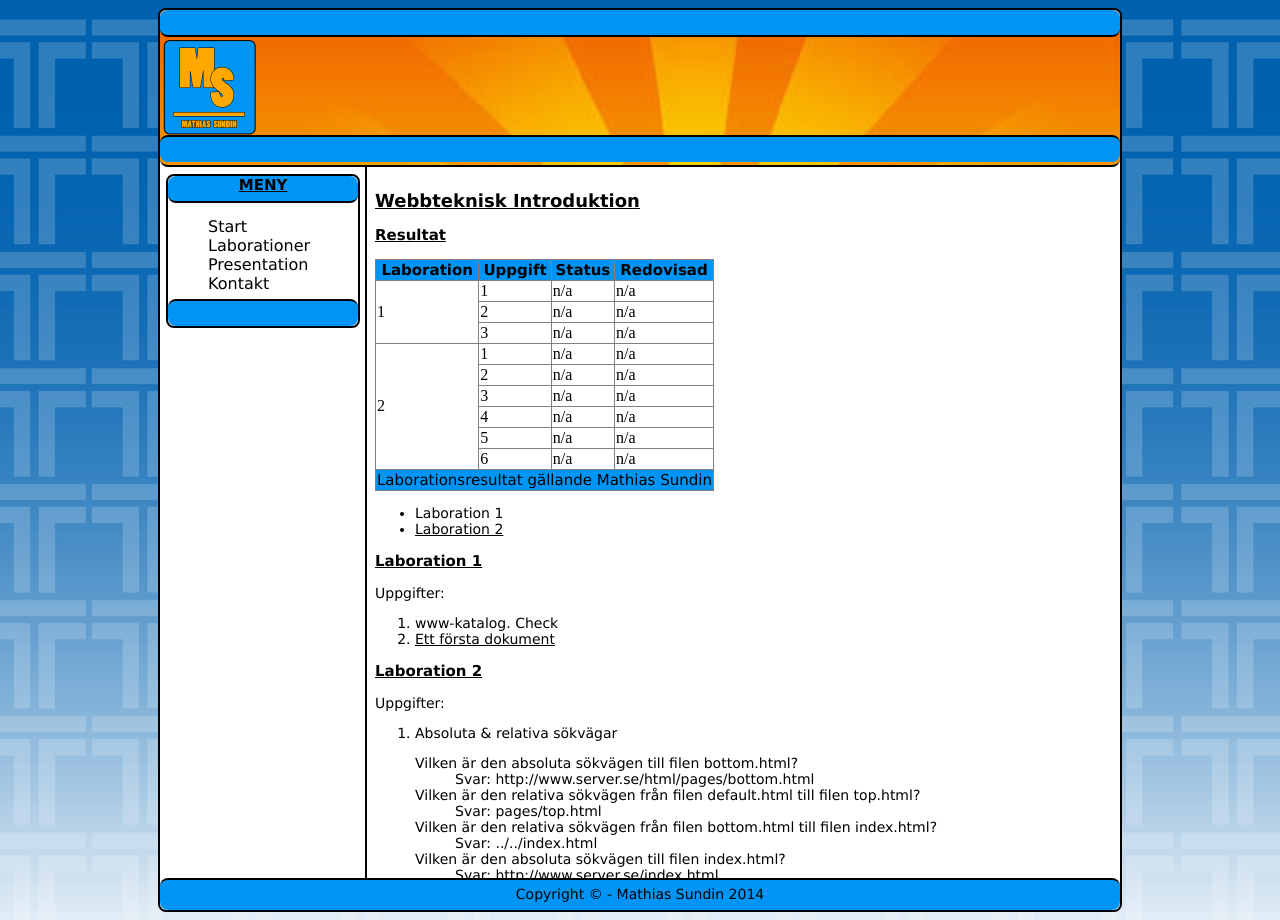
Repository: ms223uh/1ik415-laborationer
Page: www/pages/laborationer.html
The author's editor kept a record of every edit. The page is drawn from the files as they stood at one moment, then again after the next edit.
The browser window is 1280 px wide. The pictures show the whole page.
An inner scrolling area shows only its first screen.

Above is the page before.

After the next edit:
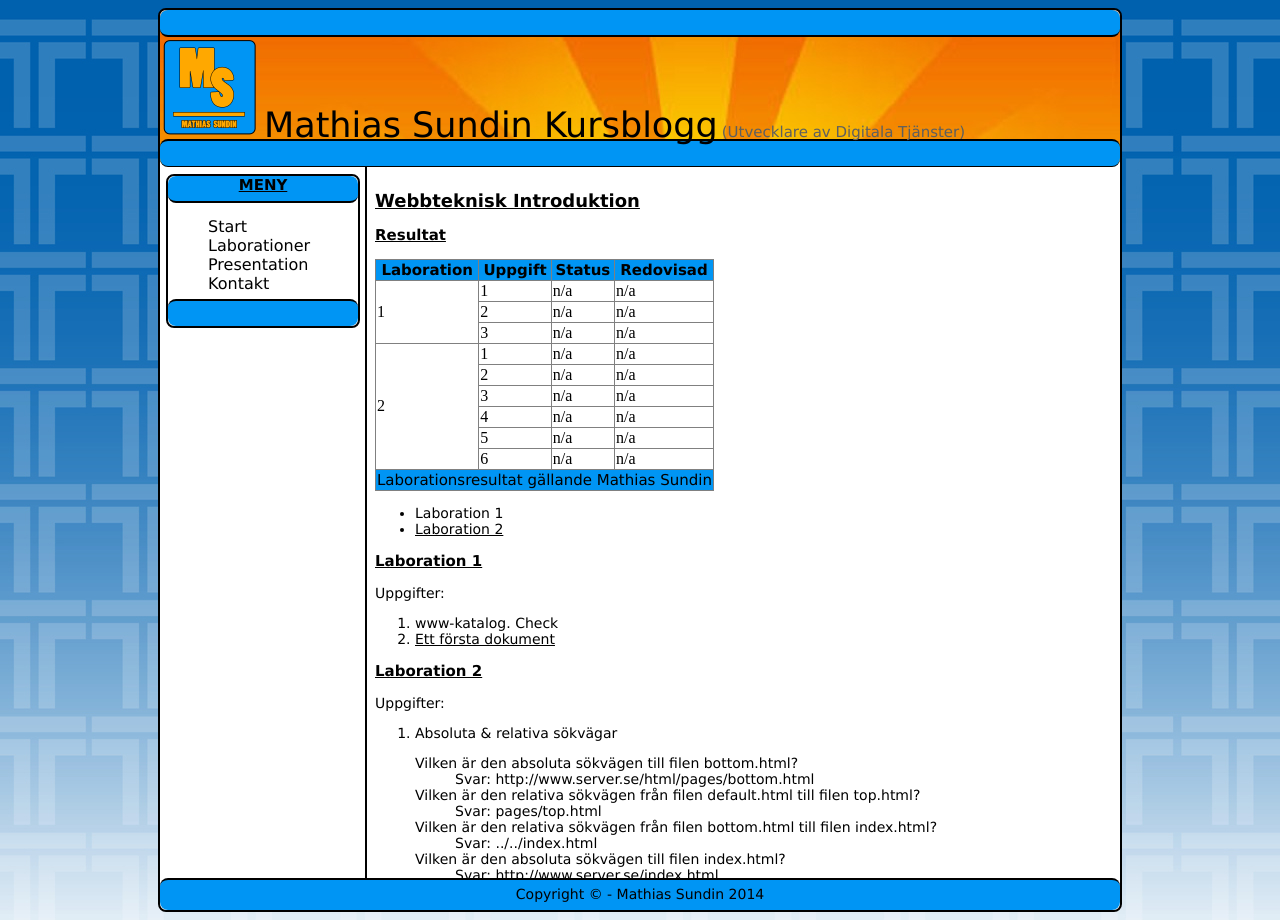
The edit:
--- a/www/pages/laborationer.html
+++ b/www/pages/laborationer.html
@@ -21,6 +21,8 @@
 
             <img src="../pics/logo1.png" width="100" height="100" alt="Logo">
 
+            <h9>Mathias Sundin Kursblogg</h9>
+            <h10>(Utvecklare av Digitala Tjänster)</h10>
 
             <div id="footer3"></div>
 
